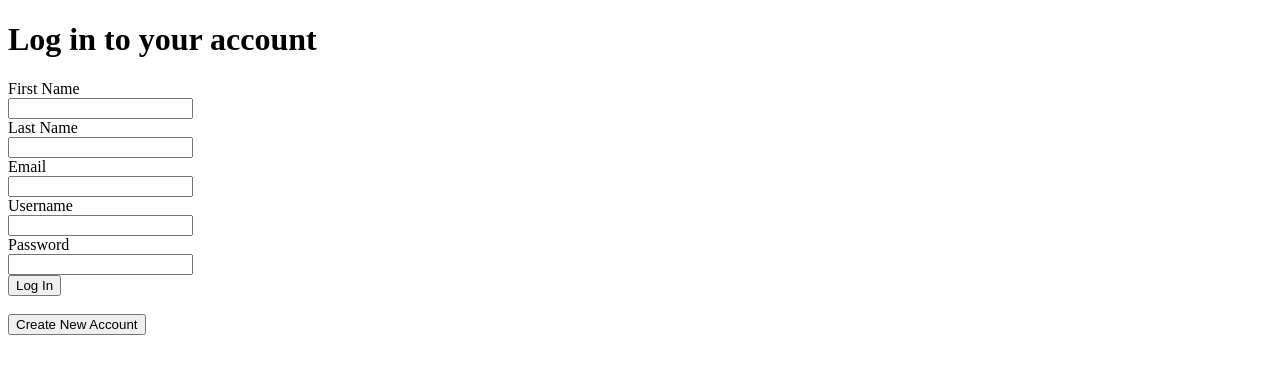
Repository: ir1998/cs201
Page: InvestCS/WebContent/signup.html
An editor plug-in stored every save of this project. The page is shown before and after the next save, followed by the edit.
The browser window is 1280 px wide. The pictures show the whole page.

Above is the page before, as saved 2017-03-30 22:54:27.

### InvestCS/WebContent/signup.html
<!DOCTYPE html>
<html>
<head>
<meta charset="UTF-8">
<title>Invest CS</title>
</head>
<body>
	<h1>Log in to your account</h1>

	<form class="Signup" action="submit">
    <div>First Name</div>
		<input type="text" id="username" name="username"/>
    <br>
    <div>Last Name</div>
    <input type="text" id="password" name="password"/>
    <div>Email</div>
		<input type="text" id="username" name="username"/>
    <br>
    <div>Username</div>
		<input type="text" id="username" name="username"/>
    <br>
    <div>Password</div>
    <input type="text" id="password" name="password"/>
    <br>
		<input type="submit" value="Log In"/>
  </form>
  <br>
	<button type= "button" id="createAccount"> Create New Account </button>

</body>
</html>

After the next save:
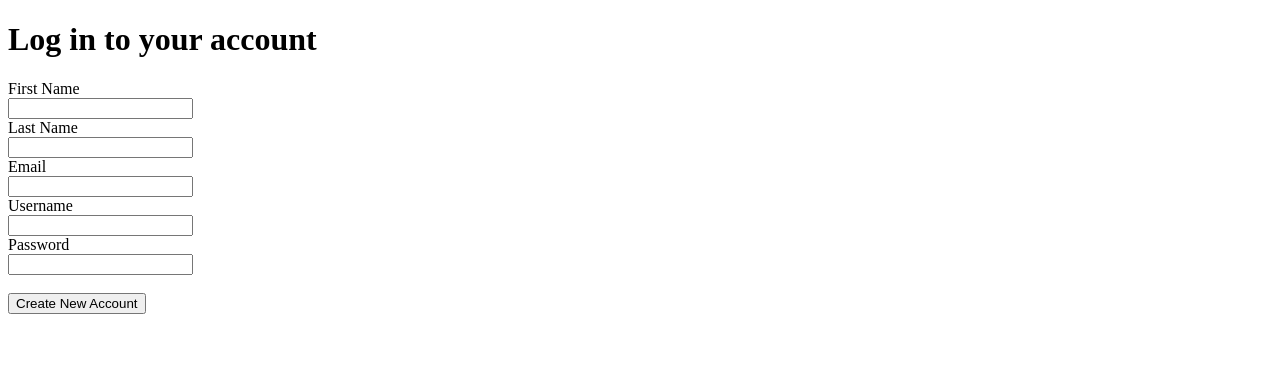
Saved 57 s later.
--- a/InvestCS/WebContent/signup.html
+++ b/InvestCS/WebContent/signup.html
@@ -21,8 +21,6 @@
     <br>
     <div>Password</div>
     <input type="text" id="password" name="password"/>
-    <br>
-		<input type="submit" value="Log In"/>
   </form>
   <br>
 	<button type= "button" id="createAccount"> Create New Account </button>
